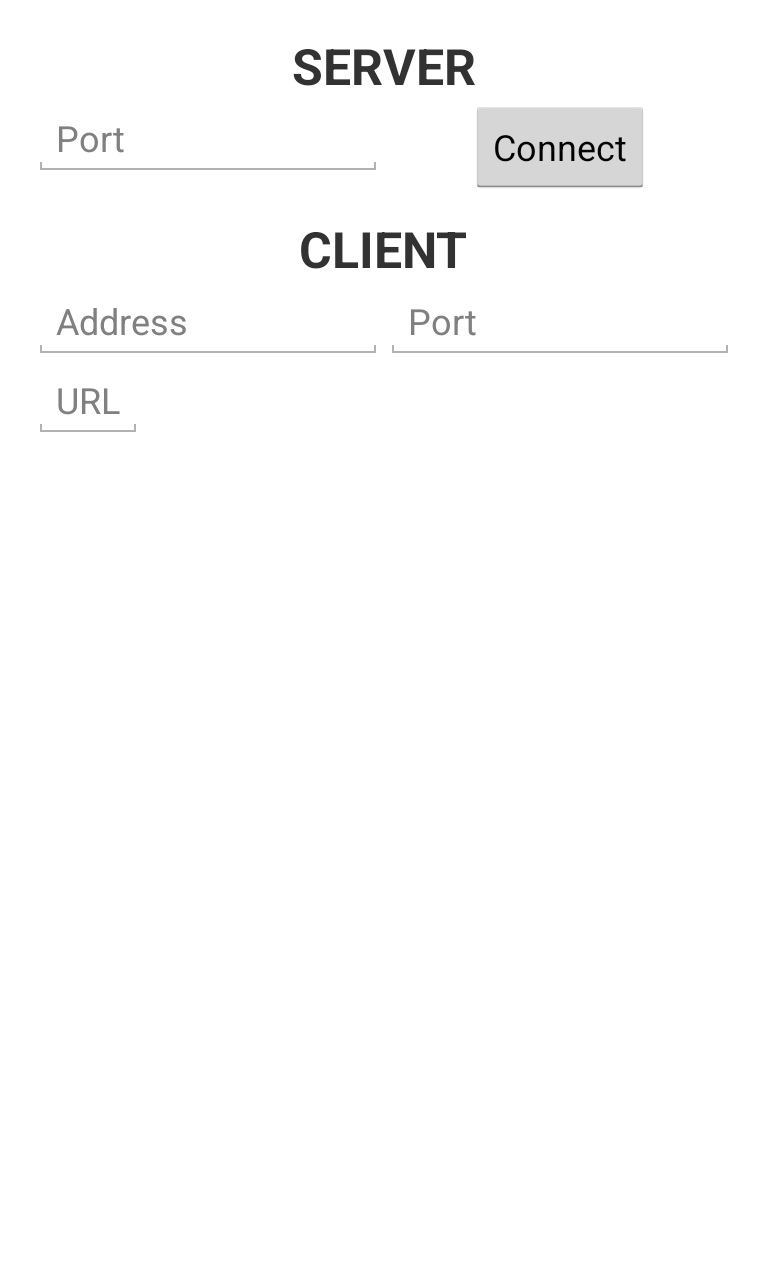
Repository: bianka22/PracticalTest02Var4
Layout: PracticalTest02Var4/res/layout/activity_practical_test02_var04_main.xml
The author's editor kept a copy of each file at every save. The layout is drawn from the files as they stood at one save, then again after a run of saves.
It is drawn on a 768 x 1280 px phone screen (xhdpi) without system bars, with theme AppTheme; the app's code is not run.

Above is the layout before, as saved 2015-05-19 16:40:08.

After the next 2 saves:
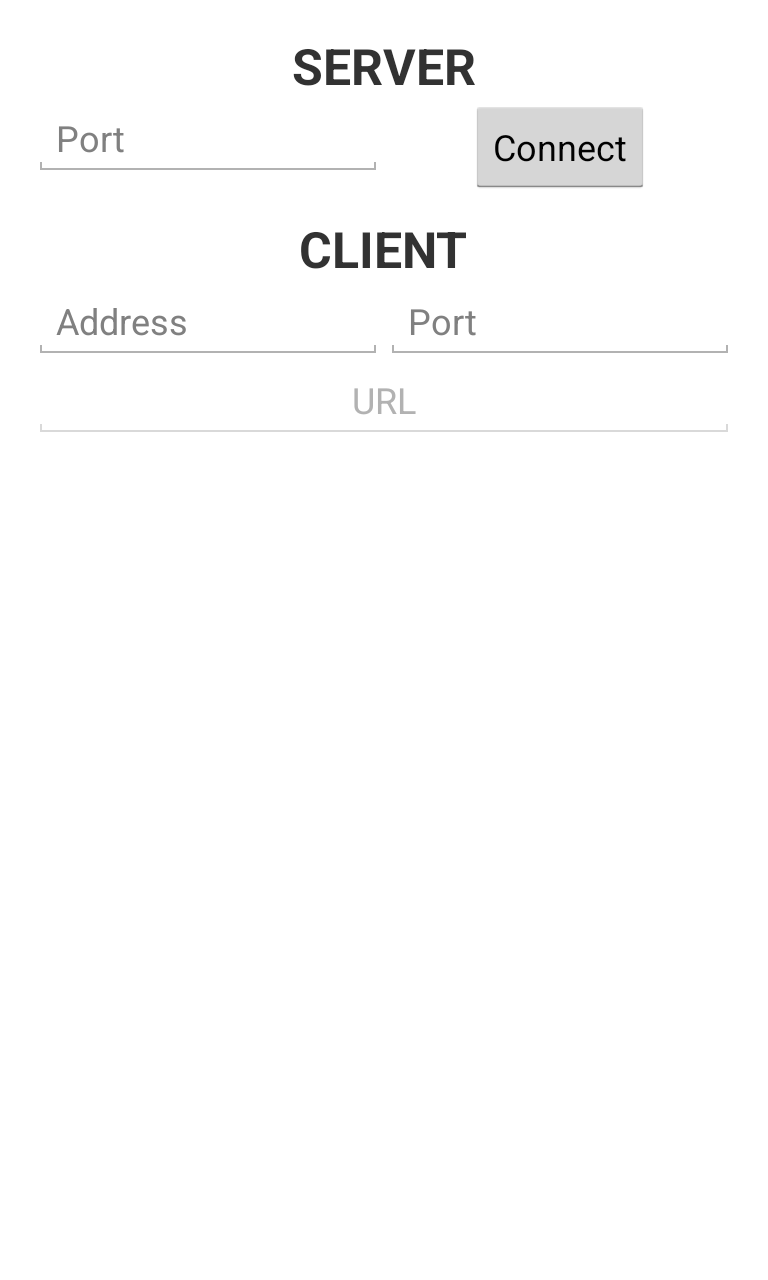
The 2 saves are shown as one change because 1 did not build or start.
The last was saved 2 min 0 s later.
--- a/PracticalTest02Var4/res/layout/activity_practical_test02_var04_main.xml
+++ b/PracticalTest02Var4/res/layout/activity_practical_test02_var04_main.xml
@@ -98,12 +98,14 @@
 
 
 
-        <EditText
-            android:id="@+id/URL_edit_text"
-            android:layout_width="wrap_content"
-            android:layout_height="wrap_content"
-
-            android:hint="@string/url" />
+       <EditText
+        android:id="@+id/edit_text_url"
+        android:layout_width="match_parent"
+        android:layout_height="wrap_content"
+        android:inputType="phone"
+        android:enabled="false"
+        android:gravity="center"
+        android:text="@string/url" />
 
 
 
